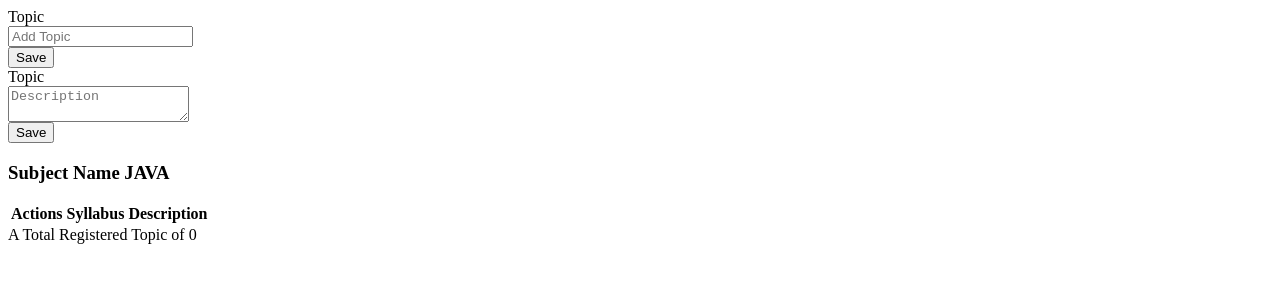
Repository: glorybarcelita/project-ica
Page: workspace/resources/views/subjects/syllabus.blade.php
The author's editor kept a record of every edit. The page is drawn from the files as they stood at one moment, then again after the next edit.
The browser window is 1280 px wide. The pictures show the whole page.
The page is served by the project's Laravel application, run on PHP 8.4 with Laravel 8. Other server files are loaded and not shown. The template is opened directly, without the code that normally fills it, so the values that code supplies are empty.

Above is the page before.

### routes/web.php
<?php

/*
|--------------------------------------------------------------------------
| Web Routes
|--------------------------------------------------------------------------
|
| Here is where you can register web routes for your application. These
| routes are loaded by the RouteServiceProvider within a group which
| contains the "web" middleware group. Now create something great!
|
*/

Route::get('/', function () {
    return view('welcome');
});

Auth::routes();
Route::get('/home', 'HomeController@index')->name('home');

Route::resource('users','UserController')->except(['delete','show1'])->middleware('auth');
Route::resource('courses','CourseController')->middleware('auth');
Route::resource('subjects','SubjectController')->middleware('auth');
Route::resource('syllabus','SyllabusController')->middleware('auth');



Route::get('users/request','PendingRequestController@index');


Route::resource('topic','TopicController');

Route::get('syllabus/create/{id}','SyllabusController@create');
Route::get('subjects/{id}','subjects@show');

Route::post('syllabus/store', 'SyllabusController@store');

Route::get('syllabus/edit/{syllabus_id}/{subject_id}', 'TopicController@edit');

Route::post('syllabus/update', 'TopicController@updateSyllabus');
Route::post('syllabus/destroy', 'TopicController@destroy');

Route::get('sujects/assign-lecturer/{subject_id}', 'LearningResourcesConroller@showAssign');
Route::post('subjects/assign-lecturer', 'LearningResourcesConroller@update');

Route::get('learning-resources/subject/{subject_id}', 'LearningResourcesConroller@showSubjectTopic');
Route::get('learning-resources/subject/create/{id}','LearningResourcesConroller@create');
Route::get('learning-resources/subject/update/{id}','LearningResourcesConroller@updateShow');
Route::post('learning-resources/subject/create','SubjectTopicController@store');
Route::get('learning-resources/subject/details/{subject_id}/{syllabus_id}/{topic_id}','SubjectTopicController@showSubjectTopicDetails');
Route::get('learning-resources', 'LearningResourcesConroller@index');

// Route::get('ica-subjects', 'SubjectController@showICA')

Route::resource('learningresources','LearningResourcesConroller');
Route::resource('subjecttopic','SubjectTopicController');
Route::resource('dashboard','DashboardController');



Route::get('exams/{subject_id}', 'ExamController@index')->middleware('auth');
Route::get('exams/addquestion/{subject_id}', 'ExamController@create');
Route::post('exams/store', 'ExamController@store');
Route::get('exams/updatequestion/{subject_id}/{exam_id}', 'ExamController@update');
Route::post('exams/update', 'ExamController@updateExam');
Route::post('exams/delete', 'ExamController@delete');
Route::post('exams/put-answer', 'ExamController@putAnswer');


Route::get('quiz/{subject_id}/{syllabus_id}', 'QuizController@index');
Route::get('quiz/add-question/{subject_id}/{syllabus_id}', 'QuizController@create');
Route::post('quiz/store', 'QuizController@store');
Route::get('quiz/update-question/{subject_id}/{syllabus_id}/{question_id}', 'QuizController@update');
Route::post('quiz/updateQuiz', 'QuizController@updateQuiz');
Route::post('quiz/delete', 'QuizController@delete');
Route::post('quiz/put-answer', 'QuizController@putAnswer');

Route::post('subject/delete', 'SubjectController@delete');

Route::get('reports/user', 'ReportsController@userReport');
Route::get('reports/subject', 'ReportsController@subjectReport');
Route::get('reports/course', 'ReportsController@courseReport');
Route::get('reports/learningresources', 'ReportsController@learningresourcesReport');
Route::get('reports/learningresources/{subject_id}', 'ReportsController@learningresourcesReportSyllabus');
Route::get('reports/learningresources/{subject_id}/{syllabus_id}', 'ReportsController@learningresourcesReportTopic');
Route::get('reports/quiz', 'ReportsController@quizReport');
Route::get('reports/quiz/stats', 'ReportsController@quizStatsReport');


Route::get('logout', function(){
  Auth::logout();
  return redirect('/');
});

### resources/views/subjects/syllabus.blade.php

<div class="form-group">
    <label for="" class="col-sm-2 col-form-label">Topic</label>
    <div class="col-sm-10">
        <input type="text" name="topic" placeholder="Add Topic"/>
    </div>
    <button class="btn btn-primary">Save</button>
</div>

<div class="form-group">
    <label for="" class="col-sm-2 col-form-label">Topic</label>
    <div class="col-sm-10">
        <textarea class="form-control" name="description" placeholder="Description"></textarea>
   </div>
    <button class="btn btn-primary">Save</button>
</div>

<!--TABLE FOR Syllabus-->
<div class="container mt-4">
    <div class="card card-info">
        <div class="card-header">
            <h3>Subject Name JAVA</h3>
        </div>
        <div class="card-body">
            <table class="table table-bordered" id="myTable">
                <thead>
                    <th>Actions</th>
                    <th>Syllabus</th>
                    <th>Description</th>


                </thead>
                <tbody>
                   @foreach($topics as $topic)
                    <tr>
                        <td>
                            <!--pagkaedit sa add syllabus form nlng ilalabas ung data,dun na ieedit-->
                            <a href="" class="btn btn-sm btn-info text-light">Edit</a>
                            <a href="" class="btn btn-sm btn-info text-light">Delete</a>
                        </td>
                        <td>{{ $topic->$name}}</td>
                        <td>{{ $topic->$description}}</td>
                    </tr>
                    @endforeach
                </tbody>
            </table>
        </div>
        <div class="card-footer">
           A Total Registered Topic of {{ $topics->count() }}
        </div>
        </div>
    </div>
</div>




@push('scripts')
<script src="https://cdn.datatables.net/1.10.16/js/jquery.dataTables.min.js"></script>
<script src="https://cdn.datatables.net/1.10.16/js/dataTables.bootstrap4.min.js"></script>
<script>
    $('#myTable').DataTable();
</script>
@endpush

Loaded but not shown: app/Http/Controllers/Auth/LoginController.php (common file); app/Http/Controllers/Controller.php (common file)

After the next edit:
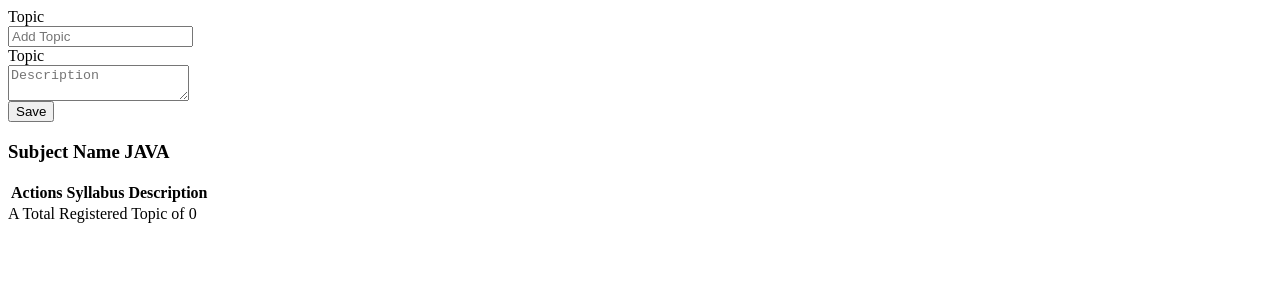
The edit:
--- a/resources/views/subjects/syllabus.blade.php
+++ b/resources/views/subjects/syllabus.blade.php
@@ -4,7 +4,7 @@
     <div class="col-sm-10">
         <input type="text" name="topic" placeholder="Add Topic"/>
     </div>
-    <button class="btn btn-primary">Save</button>
+
 </div>
 
 <div class="form-group">
